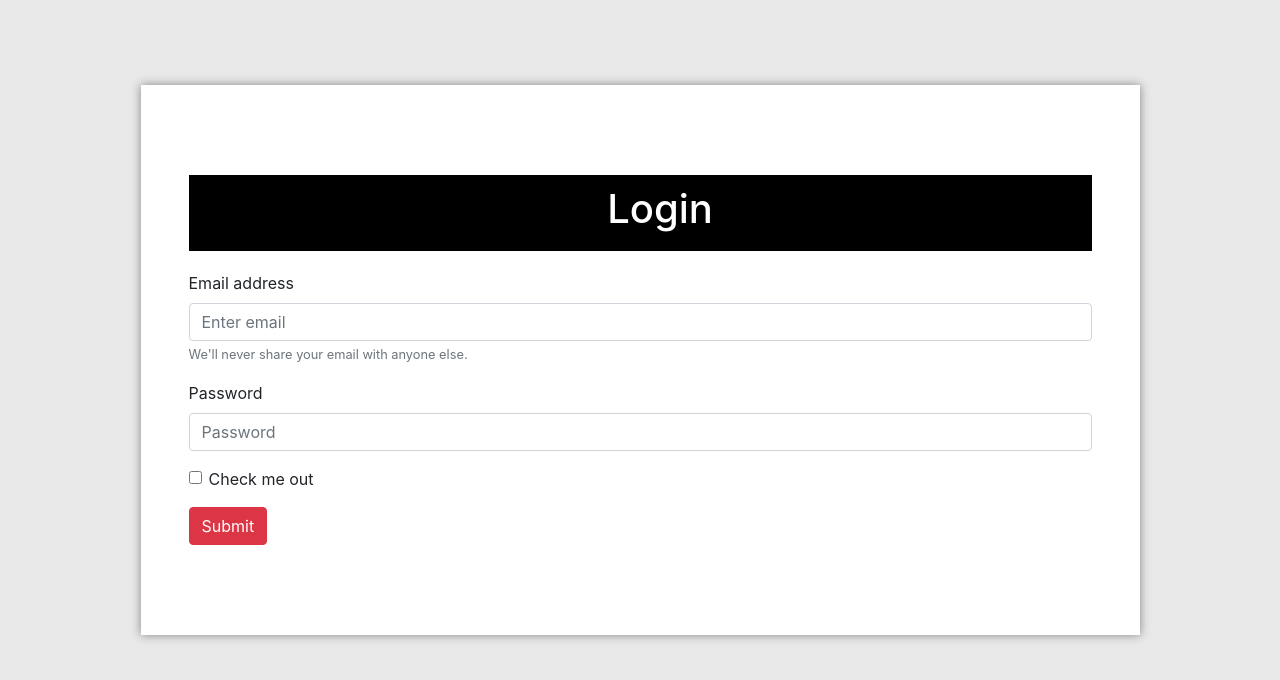
Repository: tts2610/itviec-clone
Page: /login
The author's editor kept a copy of each file at every save. The page is drawn from the files as they stood at one save, then again after the next save.
The browser window is 1280 px wide. The pictures show the whole page.
Some web libraries are served in a nearby version. The project was rebuilt for these pictures with package versions that can differ from the ones it lists, and the page was loaded fresh each time. Also part of the build but not shown: src/pages/Jobs.js, src/pages/Detail.js, src/pages/404.js.

Above is the page before, as saved 2020-06-10 11:31:10.

### public/index.html
<!DOCTYPE html>
<html lang="en">

<head>
    <meta charset="utf-8" />
    <link rel="icon" href="%PUBLIC_URL%/favicon.ico" />
    <meta name="viewport" content="width=device-width, initial-scale=1" />
    <meta name="theme-color" content="#000000" />
    <meta name="description" content="Web site created using create-react-app" />
    <link rel="apple-touch-icon" href="%PUBLIC_URL%/logo192.png" />
    <!--
      manifest.json provides metadata used when your web app is installed on a
      user's mobile device or desktop. See https://developers.google.com/web/fundamentals/web-app-manifest/
    -->
    <link rel="manifest" href="%PUBLIC_URL%/manifest.json" />
    <!--
      Notice the use of %PUBLIC_URL% in the tags above.
      It will be replaced with the URL of the `public` folder during the build.
      Only files inside the `public` folder can be referenced from the HTML.

      Unlike "/favicon.ico" or "favicon.ico", "%PUBLIC_URL%/favicon.ico" will
      work correctly both with client-side routing and a non-root public URL.
      Learn how to configure a non-root public URL by running `npm run build`.
    -->
    <title>React App</title>
    <link rel="stylesheet" crossorigin="anonymous" href="https://maxcdn.bootstrapcdn.com/bootstrap/4.3.1/css/bootstrap.min.css" integrity="sha384-ggOyR0iXCbMQv3Xipma34MD+dH/1fQ784/j6cY/iJTQUOhcWr7x9JvoRxT2MZw1T" />
    <link rel="stylesheet" href="https://pro.fontawesome.com/releases/v5.10.0/css/all.css" integrity="sha384-AYmEC3Yw5cVb3ZcuHtOA93w35dYTsvhLPVnYs9eStHfGJvOvKxVfELGroGkvsg+p" crossorigin="anonymous" />
</head>

<body>
    <noscript>You need to enable JavaScript to run this app.</noscript>
    <div id="root"></div>
    <!--
      This HTML file is a template.
      If you open it directly in the browser, you will see an empty page.

      You can add webfonts, meta tags, or analytics to this file.
      The build step will place the bundled scripts into the <body> tag.

      To begin the development, run `npm start` or `yarn start`.
      To create a production bundle, use `npm run build` or `yarn build`.
    -->
</body>

</html>

### src/App.js
import React, { useState } from "react";
import "./App.css";
import "bootstrap/dist/css/bootstrap.min.css";
import { Switch, Route, Redirect } from "react-router-dom";
import Jobs from "./pages/Jobs";
import Login from "./pages/Login";
import Detail from "./pages/Detail";
import FourOhFourPage from "./pages/404";

function App() {
  const [user, setUser] = useState(true);
  const ProtectedRoute = (props) => {
    if (user === true) {
      return <Route {...props} />;
    } else {
      return <Redirect to="/login" />;
    }
  };

  return (
    <div className="App">
      <Switch>
        <ProtectedRoute
          path="/jobs/:id"
          render={(props) => <Detail {...props} />}
          // component={Detail}
        />
        {/* <Route path="/jobs/:id" component={Detail} /> */}
        <Route path="/jobs" exact={true} component={Jobs} />
        <Route path="/login" component={Login} />
        <Route path="/" exact={true} component={Jobs} />
        <Route path="*" exact={true} component={FourOhFourPage} />
      </Switch>
    </div>
  );
}

export default App;

### src/App.css
.App {
    /* text-align: center; */
    background-color: #e9e9e9 !important;
    height: max-content;
}

body {
    background-color: #e9e9e9 !important;
}

.App-logo {
    height: 40vmin;
    pointer-events: none;
}

@media (prefers-reduced-motion: no-preference) {
    .App-logo {
        animation: App-logo-spin infinite 20s linear;
    }
}


/*
@media screen and (max-width: 600px) {
    nav {
        height: 600px;
    }
} */

.App-header {
    background-color: #282c34;
    min-height: 100vh;
    display: flex;
    flex-direction: column;
    align-items: center;
    justify-content: center;
    font-size: calc(10px + 2vmin);
    color: white;
}

.App-link {
    color: #61dafb;
}

@keyframes App-logo-spin {
    from {
        transform: rotate(0deg);
    }
    to {
        transform: rotate(360deg);
    }
}

.desRow div ul li {
    width: 350px;
    text-overflow: ellipsis;
    list-style-type: circle;
}

.detail-content {
    min-height: 550px;
    background-color: white;
    width: 90%;
    box-shadow: 0px 0px 9px 0px rgba(33, 33, 33, .5);
}

Container {
    max-width: 50% !important;
}

.has-search .form-control {
    padding-left: 2.375rem;
    height: 60px;
    width: 450px !important;
}

.cityBox {
    height: 60px;
    width: 250px;
    background-color: white;
    border-radius: 4px;
}

.has-search .form-control-feedback {
    position: absolute;
    z-index: 2;
    display: block;
    width: 2.375rem;
    height: 2.375rem;
    line-height: 2.375rem;
    text-align: center;
    pointer-events: none;
    color: #aaa;
}

#rowJob {
    border-top: 2px solid #e7e7e7;
    border-bottom: 2px solid #e7e7e7;
    transition: all 0.25s ease;
    padding: 25px;
}

#rowJob:hover {
    box-shadow: 0px 0px 9px 0px rgba(33, 33, 33, .5);
}

.jobRows {
    background-color: white;
}

.login-title-box {
    align-items: center;
    background: #000;
    display: flex;
    justify-content: center;
    margin-bottom: 20px;
    padding-top: 10px;
    padding-bottom: 10px;
    width: -webkit-fill-available;
    color: white
}

### src/pages/Login.js
import React, { useEffect, useState } from "react";
import { Container, Row, Col, Button, Spinner, Form } from "react-bootstrap";

export default function Login() {
  const [isLoading, setIsLoading] = useState(true);
  useEffect(() => {
    setTimeout(() => setIsLoading(false), 1500);
  });
  if (isLoading) {
    return (
      <div
        style={{
          display: "flex",
          justifyContent: "center",
          alignItems: "center",
          height: "100vh",
        }}
      >
        <Spinner animation="border" role="status">
          <span className="sr-only"></span>
        </Spinner>
      </div>
    );
  }

  return (
    <div>
      <Container
        style={{
          display: "flex",
          justifyContent: "center",
          alignItems: "center",
          height: "100vh",
        }}
      >
        <div
          className="detail-content py-5 px-5"
          style={{
            display: "flex",
            alignItems: "center",
            flexDirection: "column",
            justifyContent: "center",
          }}
        >
          <div class="login-title-box">
            <img
              src="https://itviec.com/favicon-96x96.png"
              width="40px"
              alt=""
            ></img>
            <h1 class="login-title">Login</h1>
          </div>
          <Form style={{ width: "-webkit-fill-available" }}>
            <Form.Group controlId="formBasicEmail">
              <Form.Label>Email address</Form.Label>
              <Form.Control type="email" placeholder="Enter email" />
              <Form.Text className="text-muted">
                We'll never share your email with anyone else.
              </Form.Text>
            </Form.Group>

            <Form.Group controlId="formBasicPassword">
              <Form.Label>Password</Form.Label>
              <Form.Control type="password" placeholder="Password" />
            </Form.Group>
            <Form.Group controlId="formBasicCheckbox">
              <Form.Check type="checkbox" label="Check me out" />
            </Form.Group>
            <Button variant="danger" type="submit">
              Submit
            </Button>
          </Form>
        </div>
      </Container>
    </div>
  );
}

Loaded but not shown: src/index.js (common file); src/index.css (common file); src/serviceWorker.js (common file)

After the next save:
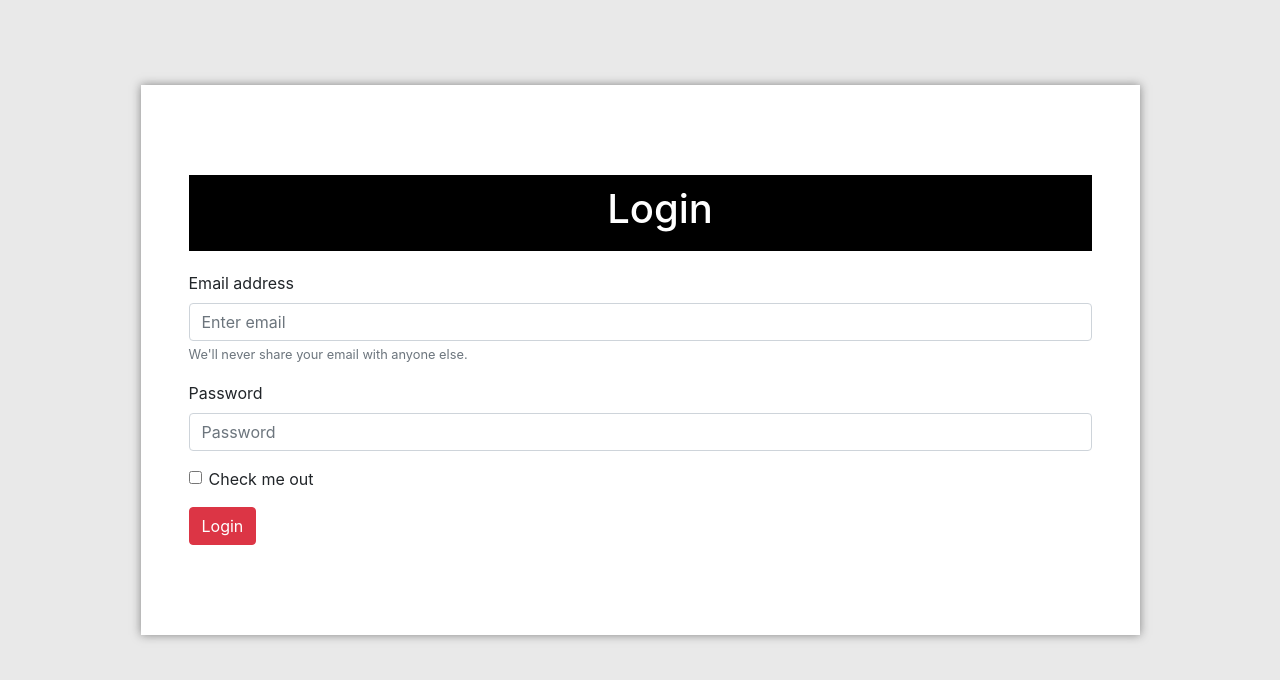
Saved 18 s later.
--- a/src/pages/Login.js
+++ b/src/pages/Login.js
@@ -67,7 +67,7 @@ export default function Login() {
               <Form.Check type="checkbox" label="Check me out" />
             </Form.Group>
             <Button variant="danger" type="submit">
-              Submit
+              Login
             </Button>
           </Form>
         </div>
